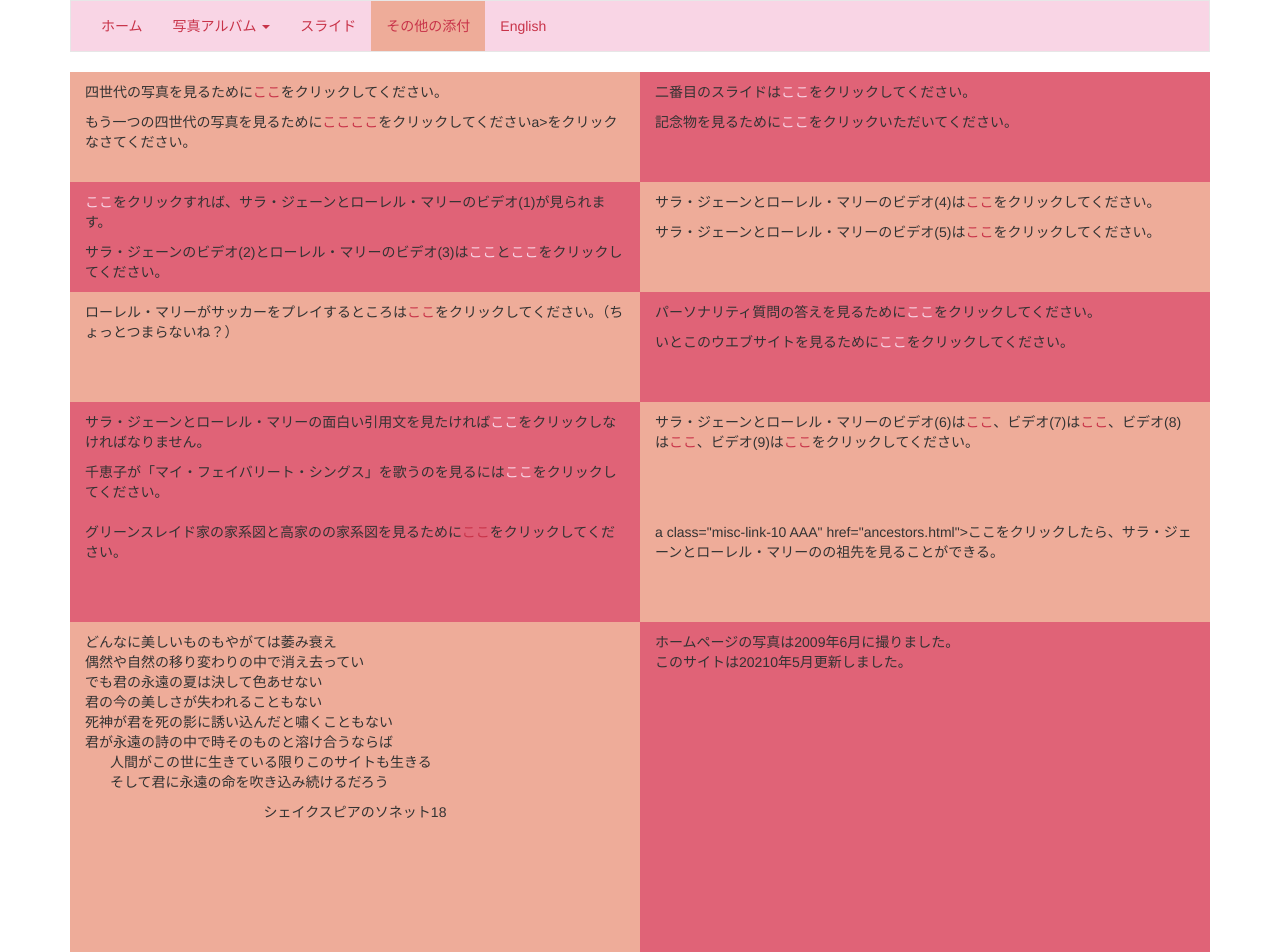
Repository: George2916/Sarah-Jane-and-Laurel-Marie
Page: misc-jap.html
The author's editor kept a record of every edit. The page is drawn from the files as they stood at one moment, then again after the next edit.
The browser window is 1280 px wide. The pictures show the whole page.

Above is the page before.
Console error: TypeError: Cannot read properties of null (reading 'style')

After the next edit:
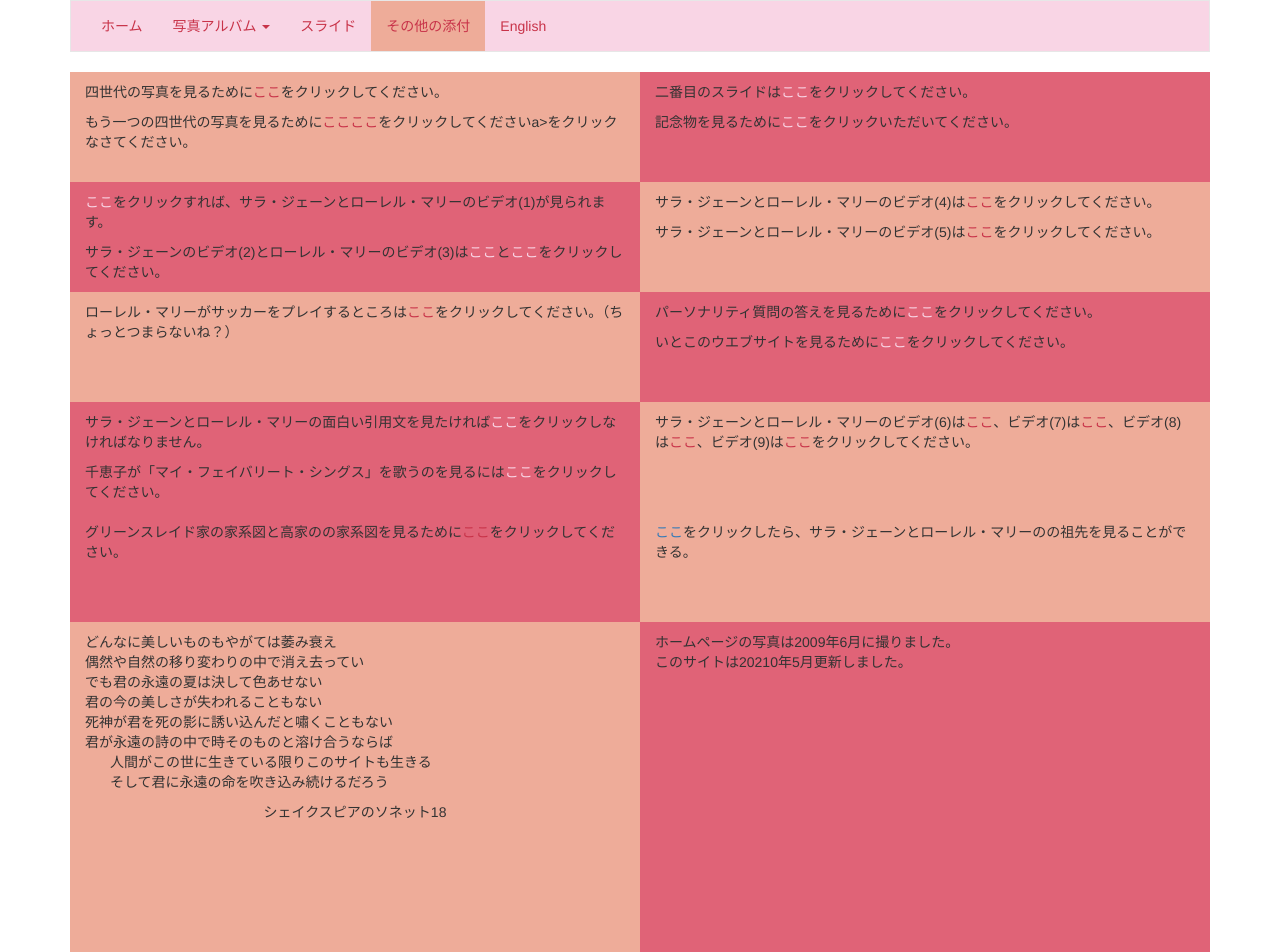
The edit:
--- a/misc-jap.html
+++ b/misc-jap.html
@@ -127,7 +127,7 @@
 
 
             <div class="col-sm-6 color1 box10">
-                <p>a class="misc-link-10 AAA" href="ancestors.html">ここ</a>をクリックしたら、サラ<span >・</span>ジェーンとローレル<span >・</span>マリーのの祖先を見ることができる。
+                <p><a class="misc-link-10 AAA" href="ancestors.html">ここ</a>をクリックしたら、サラ<span >・</span>ジェーンとローレル<span >・</span>マリーのの祖先を見ることができる。
             </div>
 
 
